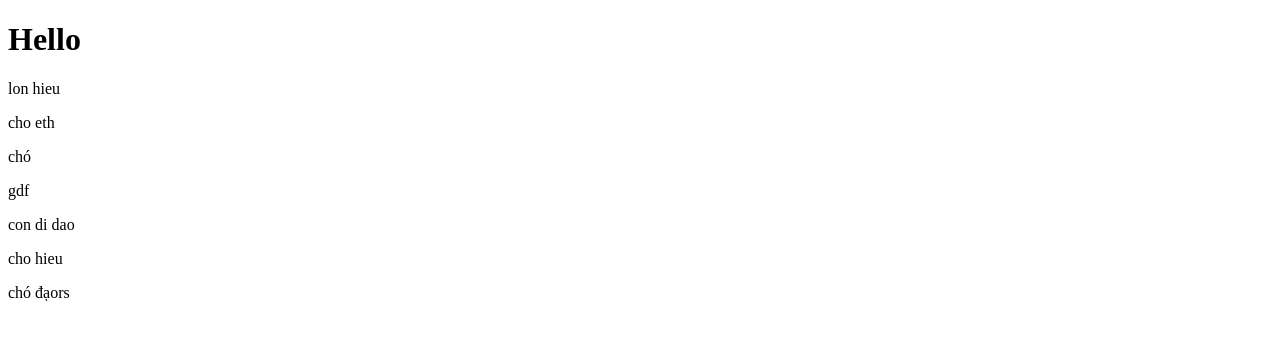
Repository: huudao/test
Page: index.html
These files come from the project's save history. The page is drawn as it stood at one moment and after the next save; the edit follows.
The browser window is 1280 px wide. The pictures show the whole page.

Above is the page before, as saved 2022-06-10 09:46:03.

### index.html
<!DOCTYPE html>
<html lang="en">
<head>
    <meta charset="UTF-8">
    <meta http-equiv="X-UA-Compatible" content="IE=edge">
    <meta name="viewport" content="width=device-width, initial-scale=1.0">
    <title>Document</title>
</head>
<body>
    <h1>Hello</h1>
    <p>lon hieu</p>
    <p>cho eth</p>
    <p> chó</p>
    <p>gdf</p>
    <p>con di dao</p>
    <p>cho hieu</p>
    <p> chó đạors</p>
</body>
</html>

After the next save:
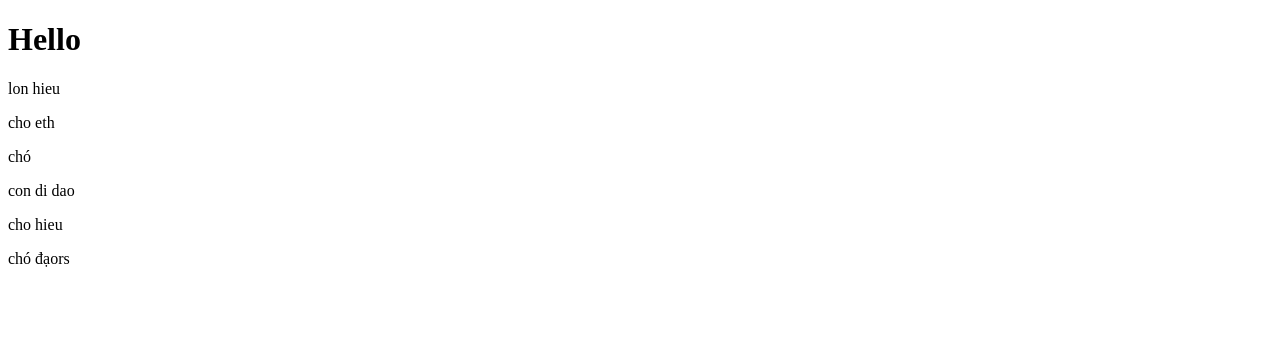
Saved 4 min 19 s later.
--- a/index.html
+++ b/index.html
@@ -11,7 +11,6 @@
     <p>lon hieu</p>
     <p>cho eth</p>
     <p> chó</p>
-    <p>gdf</p>
     <p>con di dao</p>
     <p>cho hieu</p>
     <p> chó đạors</p>
